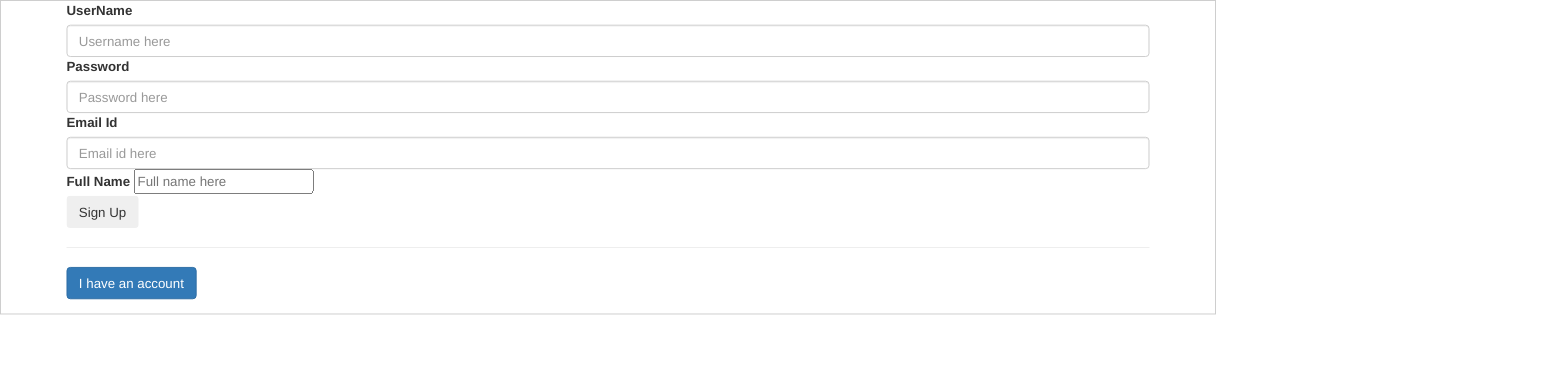
Repository: hamshini/demopro
Page: wippro/Application/WebContent/signup.html
An editor plug-in stored every save of this project. The page is shown before and after the next save, followed by the edit.
The browser window is 1280 px wide. The page is 1280 px wide, then 1650 px, so the pictures cover 1650 px, including what lies to the right of the window. The pictures show the whole page, at 95% of full size.

Above is the page before, as saved 2018-01-10 04:25:09.

After the next save:
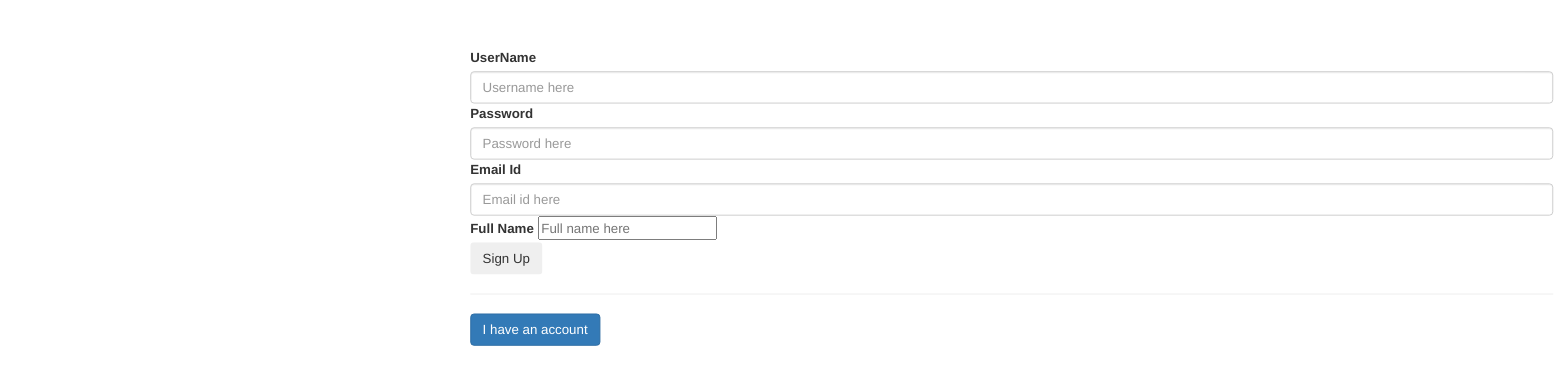
Saved 111 s later.
--- a/wippro/Application/WebContent/signup.html
+++ b/wippro/Application/WebContent/signup.html
@@ -6,8 +6,8 @@
 <title>Signin page</title>
 </head>
 <body>
-
-<form action="SigninValidate" style="border:1px solid #ccc">
+<div style="width: 320px; margin:50px auto;">
+<form class="form-group" action="SigninValidate" method="post">
   <div class="container">
   <div class="form-group">
 <label><b>UserName</b></label>
